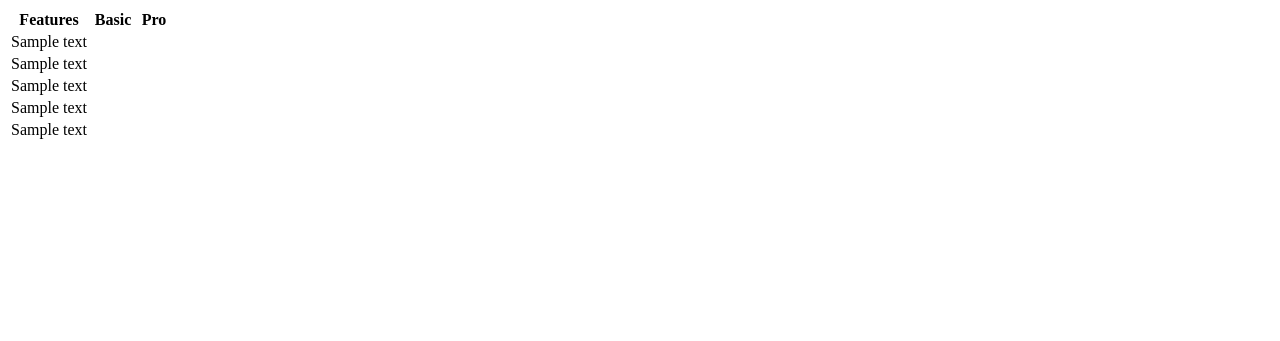
Repository: RPSKumara/DPEdudationPyhton
Page: ResponsiveWebAssigment/category.html
The author's editor kept a copy of each file at every save. The page is drawn from the files as they stood at one save, then again after the next save.
The browser window is 1280 px wide. The pictures show the whole page.

Above is the page before, as saved 2022-04-22 14:17:56.

After the next save:
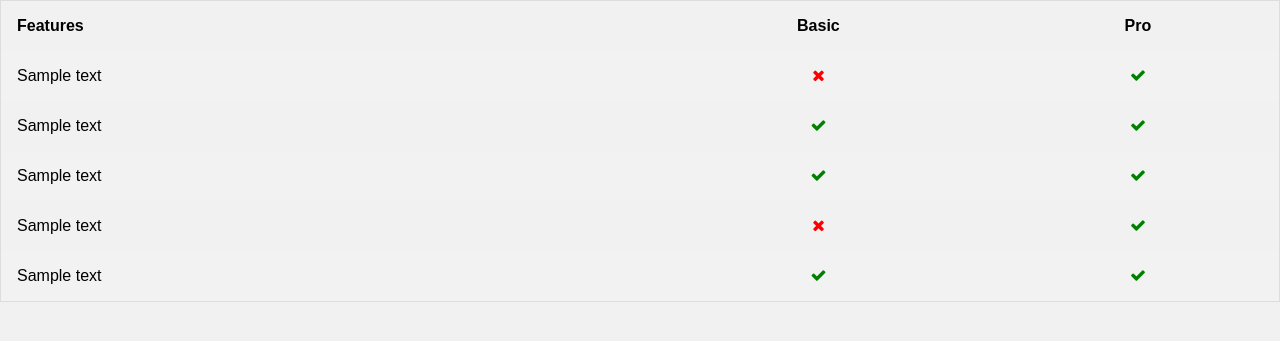
Saved 17 s later.
--- a/ResponsiveWebAssigment/category.html
+++ b/ResponsiveWebAssigment/category.html
@@ -4,6 +4,8 @@
     <meta charset="UTF-8">
     <meta http-equiv="X-UA-Compatible" content="IE=edge">
     <meta name="viewport" content="width=device-width, initial-scale=1.0">
+    <link rel="stylesheet" href="https://cdnjs.cloudflare.com/ajax/libs/font-awesome/4.7.0/css/font-awesome.min.css">
+    <link rel="stylesheet" href="style.css">
     <title>Document</title>
 </head>
 <body>
